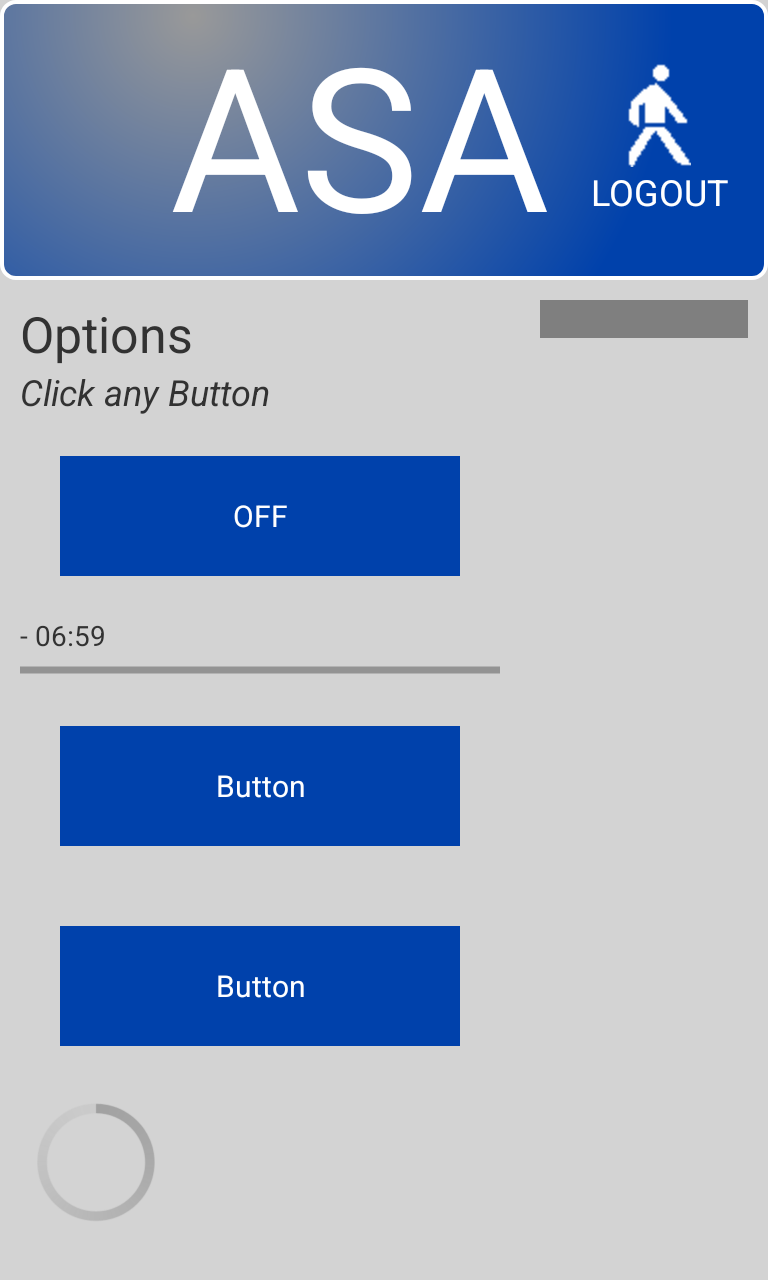
Repository: vinnare89/ASA
Layout: ASA/res/layout/asa_layout.xml
These files come from the project's save history. The layout is drawn as it stood at one moment and after the next save; the edit follows.
Pictures or frames that could not be fetched are drawn as grey boxes. It is drawn on a 768 x 1280 px phone screen (xhdpi) without system bars, with theme AppTheme; the app's code is not run.

Above is the layout before, as saved 2013-12-28 17:23:45.

### ASA/res/layout/asa_layout.xml
<?xml version="1.0" encoding="utf-8"?>
<LinearLayout xmlns:android="http://schemas.android.com/apk/res/android"
    android:layout_width="match_parent"
    android:layout_height="match_parent"
    android:background="#d3d3d3"
    android:orientation="vertical" >

    <RelativeLayout
        android:layout_width="match_parent"
        android:layout_height="wrap_content"
        android:background="@drawable/asa_header_background" >

        <TextView
            android:id="@+id/asa_header"
            android:layout_width="match_parent"
            android:layout_height="wrap_content"
            android:gravity="center_vertical|center_horizontal"
            android:text="@string/app_name_italic"
            android:textColor="#FFF"
            android:textSize="100sp" />

        <Button
            android:id="@+id/asa_logout_button"
            android:layout_width="wrap_content"
            android:layout_height="wrap_content"
            android:layout_alignParentRight="true"
            android:layout_centerVertical="true"
            android:layout_margin="20dp"
            android:background="@android:color/transparent"
            android:drawableTop="@drawable/mensch_small"
            android:text="@string/main_menu_logout"
            android:textColor="#FFF" />

        <View
            android:layout_width="fill_parent"
            android:layout_height="140dp"
            android:layout_alignParentLeft="true"
            android:layout_alignParentTop="true"
            android:layout_below="@id/asa_logout_button"
            android:background="@android:color/transparent" />
    </RelativeLayout>

    <LinearLayout
        android:layout_width="fill_parent"
        android:layout_height="fill_parent"
        android:gravity="center_horizontal" >

        <LinearLayout
            android:layout_width="wrap_content"
            android:layout_height="fill_parent"
            android:layout_alignParentLeft="true"
            android:layout_margin="@dimen/asa_margin_top"
            android:orientation="vertical" >

            <TextView
                android:id="@+id/textView3"
                android:layout_width="wrap_content"
                android:layout_height="wrap_content"
                android:text="@string/asa_control_header"
                android:textSize="25sp" />

            <TextView
                android:id="@+id/textView4"
                android:layout_width="wrap_content"
                android:layout_height="wrap_content"
                android:text="@string/asa_control_subheader"
                android:textSize="18sp"
                android:textStyle="italic" />

            <ToggleButton
                style="@style/AsaControlButton"
                android:id="@+id/asa_control_time_toggle_button"
                android:layout_width="wrap_content"
                android:layout_height="wrap_content"
                android:text="ToggleButton" />

            <TextView
                android:id="@+id/asa_control_time_text_view"
                android:layout_width="fill_parent"
                android:layout_height="wrap_content"
                android:layout_gravity="center_horizontal"
                android:text="- 06:59" />

            <ProgressBar
                android:id="@+id/asa_control_time_progressbar"
                style="?android:attr/progressBarStyleHorizontal"
                android:layout_width="fill_parent"
                android:layout_height="wrap_content"
                android:layout_gravity="center_horizontal" />

            <Button
                style="@style/AsaControlButton"
                android:id="@+id/button1"
                android:layout_width="wrap_content"
                android:layout_height="wrap_content"
                android:text="Button" />

            <Button
                style="@style/AsaControlButton"
                android:id="@+id/button2"
                android:layout_width="wrap_content"
                android:layout_height="wrap_content"
                android:text="Button" />

            <ProgressBar
                android:id="@+id/asa_progressbar"
                style="?android:attr/progressBarStyleLarge"
                android:layout_width="wrap_content"
                android:layout_height="wrap_content" />

        </LinearLayout>

        <LinearLayout
            android:layout_width="match_parent"
            android:layout_height="fill_parent"
            android:layout_alignParentRight="true"
            android:layout_margin="@dimen/asa_margin_top"
            android:orientation="vertical" >

            <LinearLayout
                android:id="@+id/control_room_layout_background"
                android:layout_width="fill_parent"
                android:layout_height="wrap_content"
                android:orientation="vertical" >

                <fragment
                    android:id="@+id/map"
                    android:name="com.google.android.gms.maps.MapFragment"
                    android:layout_width="match_parent"
                    android:layout_height="match_parent" />
            </LinearLayout>
        </LinearLayout>
    </LinearLayout>

</LinearLayout>

### ASA/res/drawable/asa_header_background.xml
<?xml version="1.0" encoding="UTF-8"?>
<shape xmlns:android="http://schemas.android.com/apk/res/android"
     android:shape="rectangle">
     <stroke android:width="2dp" android:color="#FFFFFFFF" />
     <gradient android:layout_gravity="right" android:type="radial" android:gradientRadius="480"
        android:centerX="25%" android:centerY="5%"
        android:startColor="#999999" android:endColor="@color/autobahn_blau" />

    <corners android:bottomRightRadius="7dp" android:bottomLeftRadius="7dp"
     android:topLeftRadius="7dp" android:topRightRadius="7dp"/>
</shape>

### ASA/res/values/strings.xml
<?xml version="1.0" encoding="utf-8"?>
<resources>

    <string name="app_name">ASA</string>
    <string name="action_settings">Settings</string>
    <string name="hello_world">Hello world!</string>
    <string name="app_name_italic">ASA&#160;</string>

    <!-- Login Menu -->
    <string name="login_subheader">- Die Autofahrer Service App -</string>
    <string name="login_username">Username</string>
    <string name="login_password">Password</string>
    <string name="login_submit">Submit</string>

    <!-- Main Menu -->
    <string name="main_menu_lkw">LKW</string>
    <string name="main_menu_pkw">PKW</string>
    <string name="main_menu_bus">Bus</string>
    <string name="main_menu_alarm">Wecker</string>
    <string name="main_menu_activities">Aktivitäten</string>
    <string name="main_menu_information">Informationen</string>
    <string name="main_menu_logout">LOGOUT</string>

    <!-- Asa Activity -->
    <string name="asa_control_header">Options</string>
    <string name="asa_control_subheader">Click any Button</string>
    <string name="address">Address:</string>
    <string name="enable_gps">Enable GPS</string>
    <string name="enable_gps_dialog">GPS provider not enabled. Would you like to enable it?</string>
    <string name="latlng">Lat/Long:</string>
    <string name="unknown">--Unknown--</string>
    <string name="not_support_gps">GPS provider not supported</string>
    <string name="not_support_network">Network provider not supported</string>
    <string name="use_fine_provider">Fine-grain provider</string>
    <string name="use_both_providers">Both providers</string>

</resources>

### ASA/res/values/color.xml
<?xml version="1.0" encoding="utf-8"?>
<resources>
    <color name="autobahn_blau">#0041AB</color>
</resources>

Loaded but not shown: ASA/res/values/styles.xml (common file); ASA/res/values-v11/styles.xml (common file); ASA/res/values-v14/styles.xml (common file); ASA/res/values/dimens.xml (common file)

After the next save:
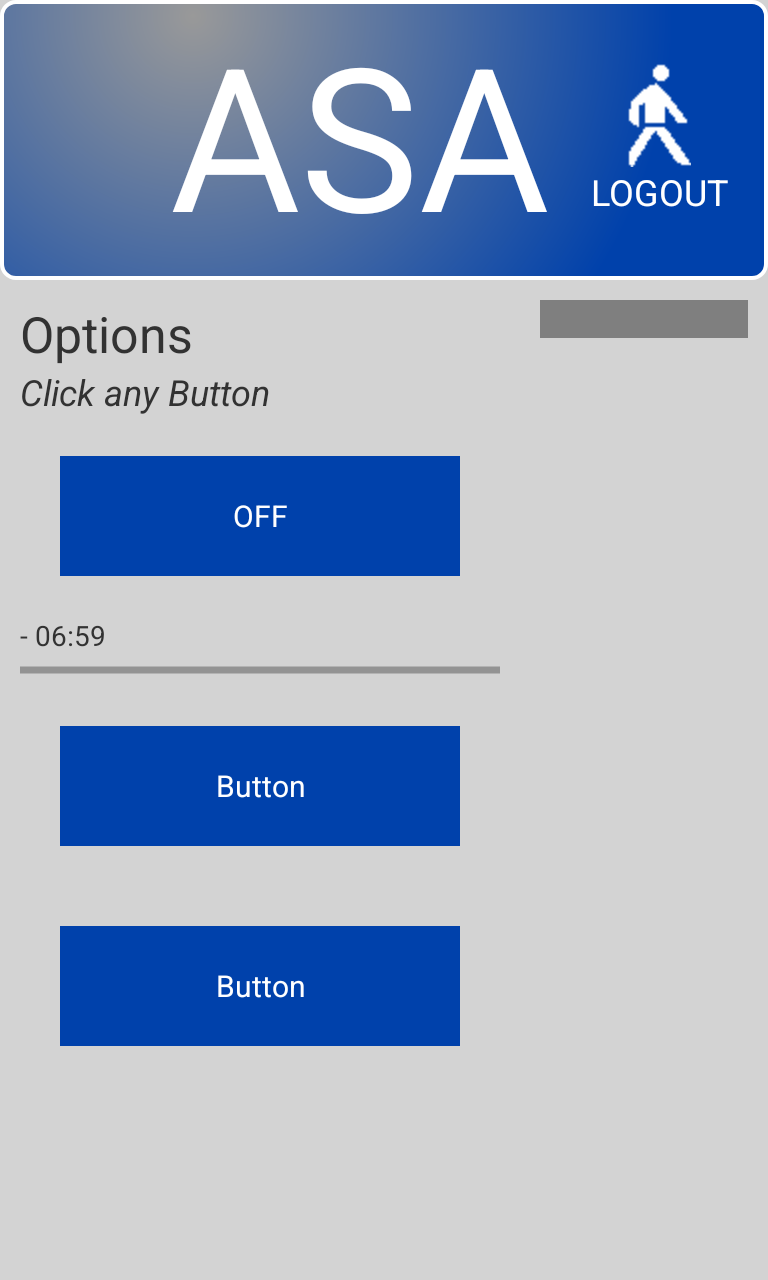
Saved 13 s later.
--- a/ASA/res/layout/asa_layout.xml
+++ b/ASA/res/layout/asa_layout.xml
@@ -106,7 +106,8 @@
                 android:id="@+id/asa_progressbar"
                 style="?android:attr/progressBarStyleLarge"
                 android:layout_width="wrap_content"
-                android:layout_height="wrap_content" />
+                android:layout_height="wrap_content"
+                android:visibility="invisible" />
 
         </LinearLayout>
 
